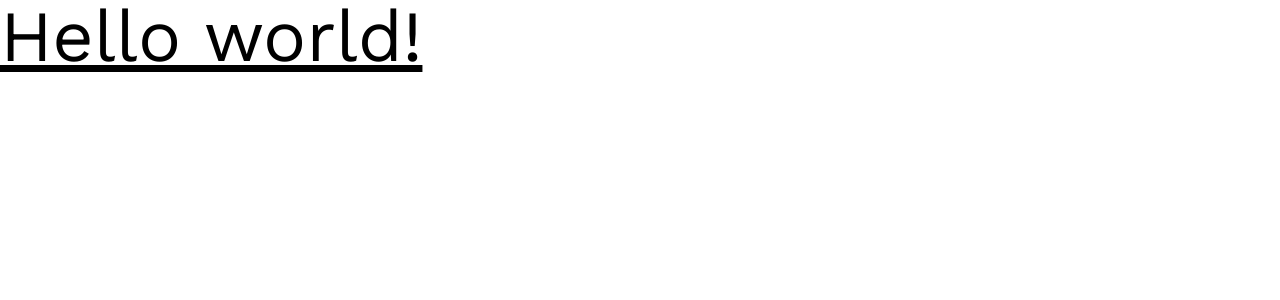
Repository: Mohtoto/3JSPortfoilio
Page: /
The author's editor kept a copy of each file at every save. The page is drawn from the files as they stood at one save, then again after the next save.
The browser window is 1280 px wide. The pictures show the whole page.
The project was rebuilt for these pictures with package versions that can differ from the ones it lists, and the page was loaded fresh each time. Also part of the build but not shown: vite.config.js.

Above is the page before, as saved 2023-12-12 19:57:20.

### src/App.jsx


const App = () => {
  return <div className="text-7xl underline ">Hello world!</div>;
};

export default App;

Loaded but not shown: index.html (common file); src/main.jsx (common file); src/index.css (common file); tailwind.config.js (common file)

After the next save:
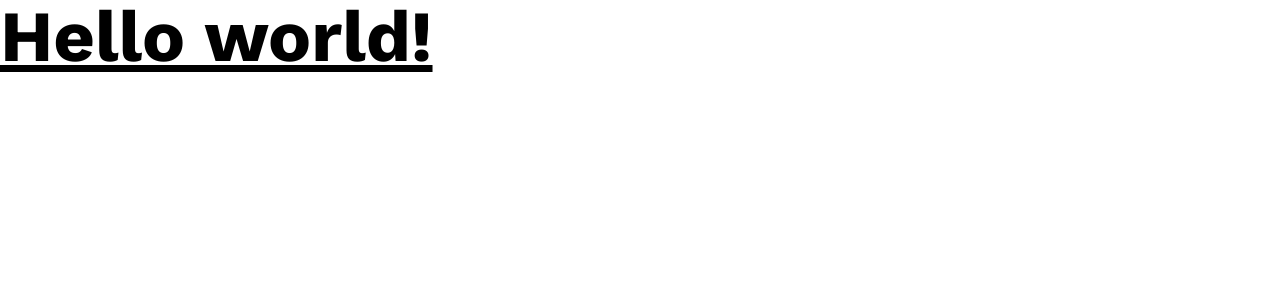
Saved 22 s later.
--- a/src/App.jsx
+++ b/src/App.jsx
@@ -1,7 +1,7 @@
 
 
 const App = () => {
-  return <div className="text-7xl underline ">Hello world!</div>;
+  return <div className="text-7xl underline font-bold">Hello world!</div>;
 };
 
 export default App;
